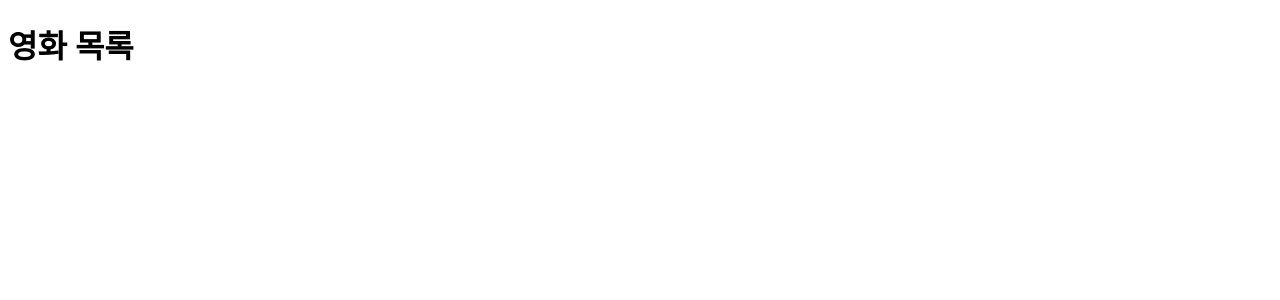
Repository: sungseop/JspWorkspace
Page: http://localhost/12_mvc_movie/MovieServlet?command=movie_list
An editor plug-in stored every save of this project. The page is shown before and after the next save, followed by the edit.
The browser window is 1280 px wide. The pictures show the whole page.
The page is served by Tomcat 9. Queries for data that is not in the repository find no rows.

Above is the page before, as saved 2022-06-02 06:42:41.

After the next save:
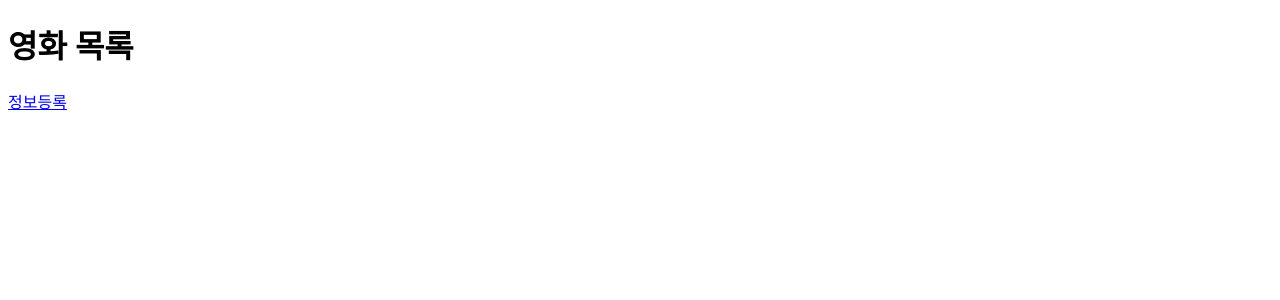
Saved 37 s later.
--- a/12_mvc_movie/src/main/webapp/movie/movieList.jsp
+++ b/12_mvc_movie/src/main/webapp/movie/movieList.jsp
@@ -11,7 +11,7 @@
 		<h1>영화 목록</h1>
 		<tr>
 			<td colspan="5" style="border: white; text-align:right;">
-
+				<a href="MovieServlet?command=movie_write_form">정보등록</a>
 			</td>
 		</tr>
 	</div>
